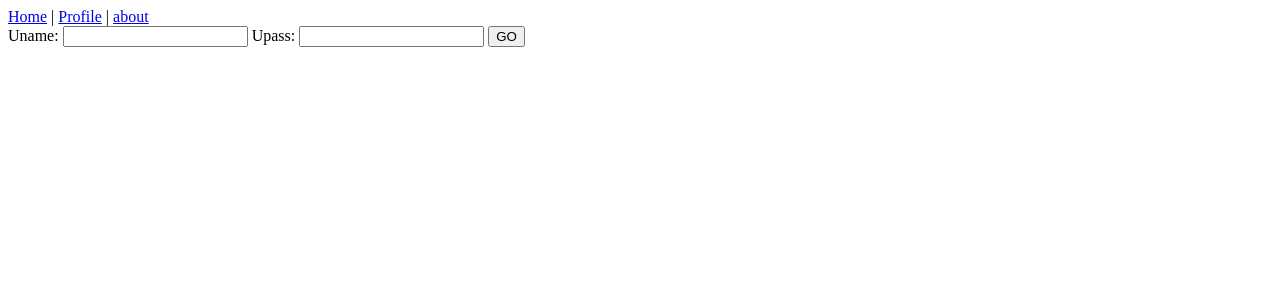
Repository: Asterisc-Institute/Adv-Java-Batch8
Page: http://localhost/Jsp-Day05/
The author's editor kept a copy of each file at every save. The page is drawn from the files as they stood at one save, then again after the next save.
The browser window is 1280 px wide. The pictures show the whole page.
The page is served by Tomcat 9.

Above is the page before, as saved 2023-05-14 09:33:36.

### Jsp-Day05/WebContent/index.jsp
<%@ page language="java" contentType="text/html; charset=ISO-8859-1"
    pageEncoding="ISO-8859-1"%>
<!DOCTYPE html PUBLIC "-//W3C//DTD HTML 4.01 Transitional//EN" "http://www.w3.org/TR/html4/loose.dtd">
<html>
<head>
<meta http-equiv="Content-Type" content="text/html; charset=ISO-8859-1">
<title>Insert title here</title>
</head>
<body>
<a href="home.jsp">Home</a> | <a href="profile.jsp">Profile</a> | <a href="about.jsp">about</a> <br/>
<form action="home.jsp">
Uname:
<input type="text" name="uname">
Upass:
<input type="text" name="upass">
<input type="submit" value="GO">
</form>


</body>
</html>

After the next save:
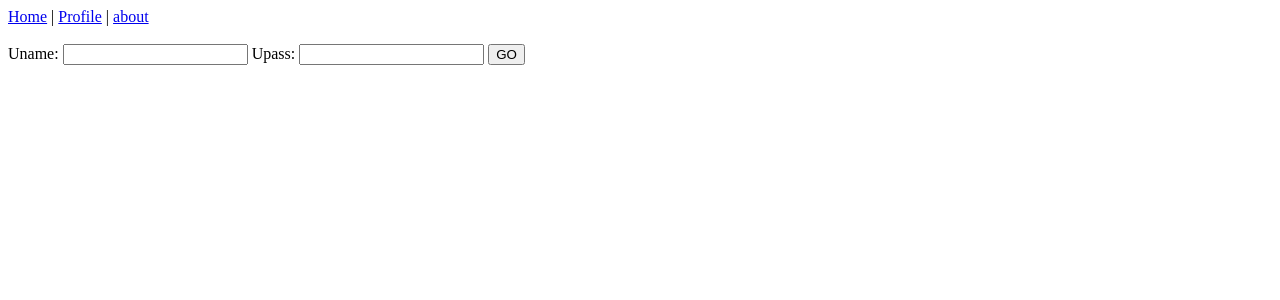
Saved 8 s later.
--- a/Jsp-Day05/WebContent/index.jsp
+++ b/Jsp-Day05/WebContent/index.jsp
@@ -7,7 +7,7 @@
 <title>Insert title here</title>
 </head>
 <body>
-<a href="home.jsp">Home</a> | <a href="profile.jsp">Profile</a> | <a href="about.jsp">about</a> <br/>
+<a href="home.jsp">Home</a> | <a href="profile.jsp">Profile</a> | <a href="about.jsp">about</a> <br/><br/>
 <form action="home.jsp">
 Uname:
 <input type="text" name="uname">
